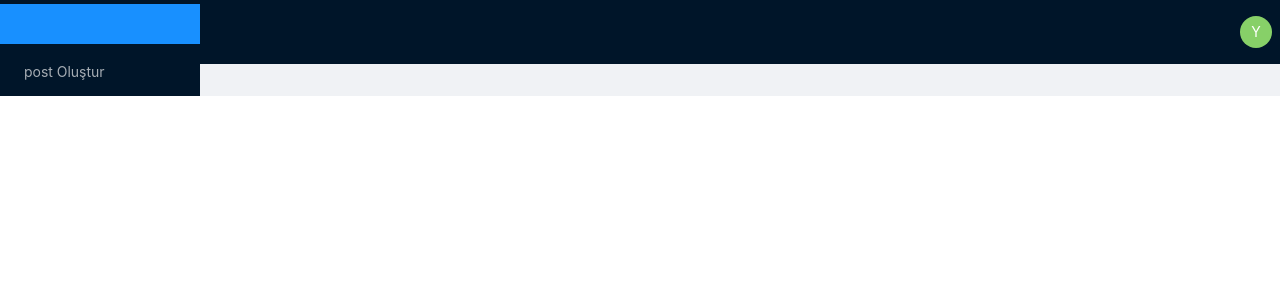
Repository: sevilgenysf/my-blog
Page: /
An editor plug-in stored every save of this project. The page is shown before and after the next save, followed by the edit.
The browser window is 1280 px wide. The pictures show the whole page.
The project was rebuilt for these pictures with package versions that can differ from the ones it lists, and the page was loaded fresh each time. Also part of the build but not shown: src/index.css, src/App.css, src/components/Sidebar/Sidebar.css.

Above is the page before, as saved 2022-08-18 15:06:30.

After the next save:
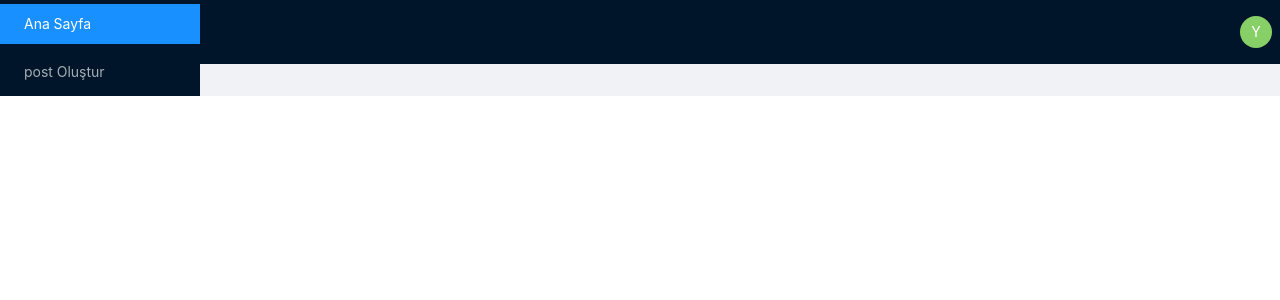
Saved 35 s later.
--- a/src/components/Sidebar/Sidebar.js
+++ b/src/components/Sidebar/Sidebar.js
@@ -7,7 +7,9 @@ function Sidebar() {
 	return (
 		<Layout.Sider className="sidebar">
 			<Menu theme="dark" mode="inline" defaultSelectedKeys={['/']}>
-				<Menu.Item key="/">{/* <Link to="/">Ana Sayfa</Link> */}</Menu.Item>
+				<Menu.Item key="/">
+					{/* <Link to="/">Ana Sayfa</Link> */}Ana Sayfa
+				</Menu.Item>
 				<Menu.Item key="/post/create-post">
 					{/* <Link to="/post/create-post">Post Oluştur</Link> */}
 					post Oluştur
